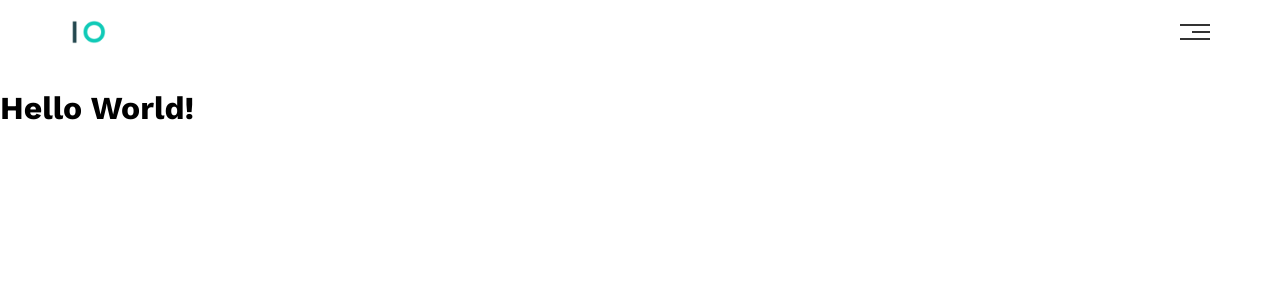
Repository: sayco/CSS-Front-End-Tutorials---Elzero
Page: 7-HTML and CSS Template One/index.html
An editor plug-in stored every save of this project. The page is shown before and after the next save, followed by the edit.
The browser window is 1280 px wide. The pictures show the whole page.

Above is the page before, as saved 2021-06-21 12:20:20.

### 7-HTML and CSS Template One/index.html
<!DOCTYPE html>
<html lang="en">
<head>
    <meta charset="UTF-8">
    <meta http-equiv="X-UA-Compatible" content="IE=edge">
    <meta name="viewport" content="width=device-width, initial-scale=1.0">
    <!-- Main CSS style sheet -->
    <link rel="stylesheet" href="css/style.css">
    <!-- render on all browsers normaly -->
    <link rel="stylesheet" href="css/normalize.css">
    <!-- font awesome  -->
    <link rel="stylesheet" href="css/all.min.css">
    <!-- Google font "Work Sans" -->
    <link rel="preconnect" href="https://fonts.gstatic.com">
    <link href="https://fonts.googleapis.com/css2?family=Work+Sans:wght@300;400;500;600;700;800&display=swap" rel="stylesheet">
    <title>LEON - HTML & CSS Template One</title>
</head>
<body>
    <div class="header">
        <div class="container">
            <div class="logo">
                <img class="logo" src="images/logo.png" alt="logo">
            </div>
            <div class="links">
                <span class="icon">
                    <span></span>
                    <span></span>
                    <span></span>
                </span>

                <ul>
                    <li><a href="#services">Services</a></li>
                    <li><a href="#portfolio">Portfolio</a></li>
                    <li><a href="#about">About</a></li>
                    <li><a href="#contact">Contact</a></li>
                </ul>

            </div>
        </div>
    </div>

    <div class="landing">
        <div class="intro-text">
            <h1>Hello World!</h1>
        </div>
    </div>
</body>
</html>

### 7-HTML and CSS Template One/css/style.css
/** start of variable **/
/** end of variables **/

/** start of global rules` **/
*
{
  box-sizing: border-box;

}

body
{
  font-family: 'Work Sans', sans-serif;
}

/* Main Container */
.container
{
  margin-left: auto;
  margin-right: auto;
  padding-left: 15px;
  padding-right: 15px;
}

/** Start media query **/

/* Small devices (landscape phones, 576px and up) */
@media (min-width: 576px)
{ .container{width: 562px;} }

/* Medium devices (tablets, 768px and up) */
@media (min-width: 768px)
{ .container{width: 750px;} }

/* Large devices (desktops, 992px and up) */
@media (min-width: 992px)
{ .container{width: 970px;} }

/* Extra large devices (large desktops, 1200px and up) */
@media (min-width: 1200px)
{ .container{width: 1170px;} }

/** End media query **/

/** End of global rules **/

/** Start Header **/

.header
{
  padding: 20px;
}

.header .container
{
  display: flex;
  justify-content: space-between;
  align-items: center;
}

.header .logo
{
  width: 60px;
}

.header .links
{
  position: relative;
}

.header .links ul
{
  background-color: #eee;
  padding: 15px;
  display: none;
  position: absolute;
  right: 0;
}

.header .links ul
{
  list-style: none;
  width: 200px;
  padding: 0;
}

.header .links ul::before
{
  content: "";
  position: absolute;
  border-style: solid;
  border-width: 15px;
  border-color:  transparent transparent #eee transparent;
  right: 0;
  top: -30px;
}

.header .links ul li
{
  padding: 15px;
  display: block;
}

.header .links ul li:not(:last-child)
{
  border-bottom: 1px solid #ddd;
}

.header .links ul a
{
  /* position:absolute; */
  text-decoration: none;
  color: #333;
  transition: 0.3s;
}

.header .links ul li:hover a
{
  padding-left: 20px;

}

.header .links .icon
{
  width: 30px;
  display: flex;
  flex-wrap: wrap;
  justify-content: flex-end;
}


.header .links:hover ul
{
  display:block;
}



.header .links .icon span
{
  background-color: #333;
  margin-bottom: 5px;
  height: 2px;
  transition: .6s;
}

.header .container .links .icon span:first-child
{
  width: 100%;
}

.header .container .links .icon span:nth-child(2)
{
  width: 60%;
  transition: .6s;
}

.header .container .links .icon span:last-child
{
  width: 100%;
}

.header .container .links:hover .icon span:nth-child(2)
{
  width: 100%;
}

/** End Header **/

Loaded but not shown: 7-HTML and CSS Template One/css/normalize.css (library); 7-HTML and CSS Template One/css/all.min.css (library)

After the next save:
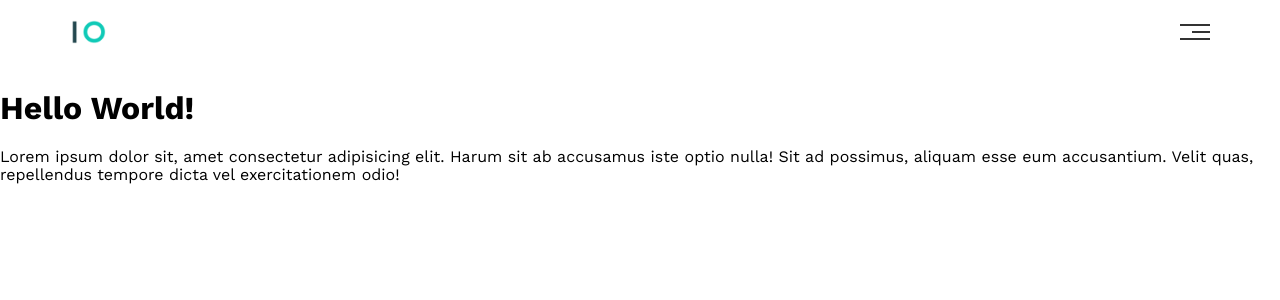
Saved 7 s later.
--- a/7-HTML and CSS Template One/index.html
+++ b/7-HTML and CSS Template One/index.html
@@ -42,6 +42,7 @@
     <div class="landing">
         <div class="intro-text">
             <h1>Hello World!</h1>
+            <p>Lorem ipsum dolor sit, amet consectetur adipisicing elit. Harum sit ab accusamus iste optio nulla! Sit ad possimus, aliquam esse eum accusantium. Velit quas, repellendus tempore dicta vel exercitationem odio!</p>
         </div>
     </div>
 </body>
